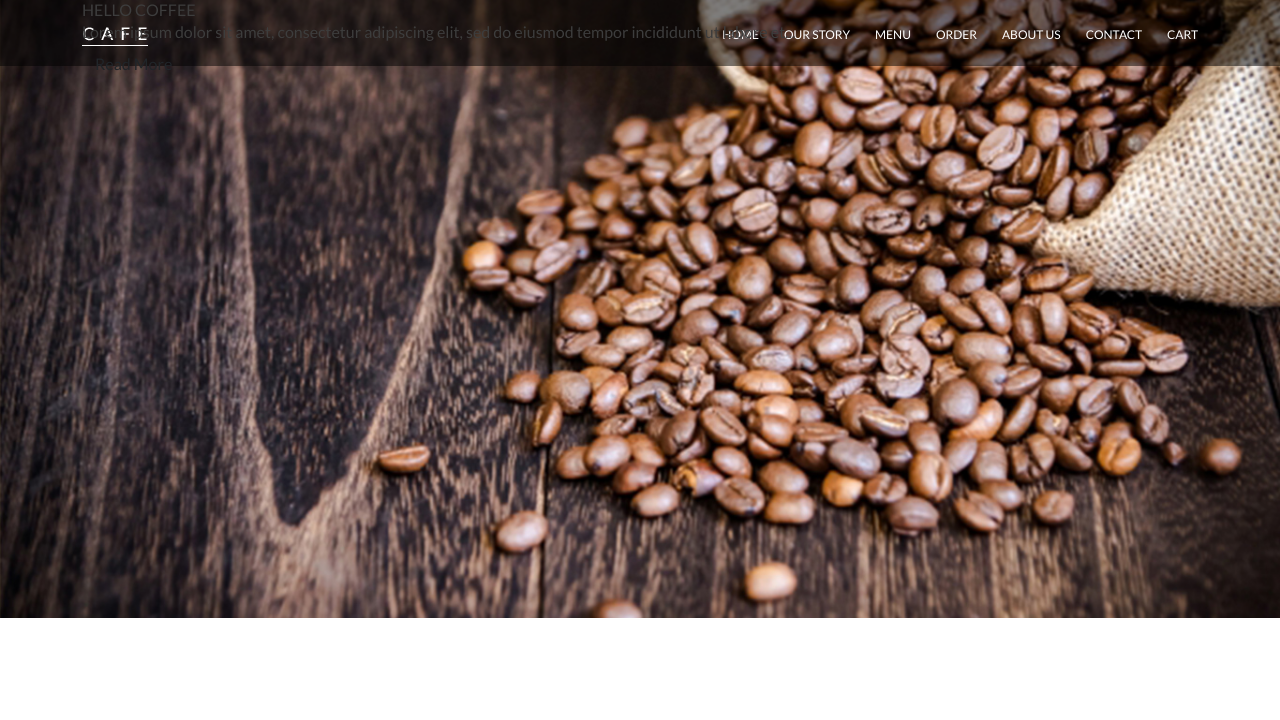
Repository: kuluong2000/coffe
Page: index.html
These files come from the project's save history. The page is drawn as it stood at one moment and after a run of saves; the edit follows.
The browser window is 1280 px wide. The pictures show the whole page.

Above is the page before, as saved 2021-10-01 15:23:26.

### index.html
<!DOCTYPE html>
<html lang="en">
  <head>
    <meta charset="UTF-8" />
    <meta http-equiv="X-UA-Compatible" content="IE=edge" />
    <meta name="viewport" content="width=device-width, initial-scale=1.0" />
    <link rel="stylesheet" href="./libs/css/bootstrap.min.css" />
    <link rel="stylesheet" href="./libs/css/animate.css" />
    <link rel="stylesheet" href="./libs/css/slick-theme.css" />
    <link rel="stylesheet" href="./libs/css/slick.css" />
    <link rel="stylesheet" href="./Assets/css/reset.css" />
    <link rel="stylesheet" href="./Assets/css/style.css" />
    <link rel="stylesheet" href="./Assets/css/responsive.css" />
    <title>Document</title>
  </head>
  <body>
    <header class="header">
      <div class="container">
        <div class="row">
          <div class="header-main">
            <div class="header-menu">
              <a href="#">
                <img src="./Assets/image/logo.png" alt="" srcset="" />
              </a>
            </div>
            <nav>
              <ul class="header-menu">
                <li class="header-menu-item"><a href="#" class="header-menu-link">Home</a></li>
                <li class="header-menu-item"><a href="#" class="header-menu-link">Our Story</a></li>
                <li class="header-menu-item"><a href="#" class="header-menu-link">Menu</a></li>
                <li class="header-menu-item"><a href="#" class="header-menu-link">Order</a></li>
                <li class="header-menu-item"><a href="#" class="header-menu-link">About Us</a></li>
                <li class="header-menu-item"><a href="#" class="header-menu-link">Contact</a></li>
                <li class="header-menu-item"><a href="#" class="header-menu-link">Cart</a></li>
              </ul>
            </nav>
          </div>
        </div>
      </div>
    </header>
    <main>
      <section class="banner">
        <div class="banner-img">
          <img src="./Assets/image/banner.jpg" alt="" srcset="" />
        </div>
        <div class="container">
          <div class="row">
            <div class="banner-main">
              <div class="banner-content">
                <h1 class="banner-heading">HELLO COFFEE</h1>
                <p class="banner-desc">Lorem ipsum dolor sit amet, consectetur adipiscing elit, sed do eiusmod tempor incididunt ut labore et...</p>
                <a href="#" class="btn"> Read More </a>
              </div>
            </div>
          </div>
        </div>
      </section>
    </main>

    <script src="./libs/Js/jquery-3.5.1.slim.min.js"></script>
    <script src="./libs/Js/bootstrap.min.js"></script>
    <script src="./libs/Js/slick.min.js"></script>
    <script src="./libs/Js/wow.js"></script>
  </body>
</html>

### Assets/css/reset.css
html, body, div, span, applet, object, iframe,
h1, h2, h3, h4, h5, h6, p, blockquote, pre,
a, abbr, acronym, address, big, cite, code,
del, dfn, em, img, ins, kbd, q, s, samp,
small, strike, strong, sub, sup, tt, var,
b, u, i, center,
dl, dt, dd, ol, ul, li,
fieldset, form, label, legend,
table, caption, tbody, tfoot, thead, tr, th, td,
article, aside, canvas, details, embed,
figure, figcaption, footer, header, hgroup,
menu, nav, output, ruby, section, summary,
time, mark, audio, video {
	margin: 0;
	padding: 0;
	border: 0;
	font-size: 100%;
	vertical-align: baseline;
}
/* HTML5 display-role reset for older browsers */
article, aside, details, figcaption, figure,
footer, header, hgroup, menu, nav, section {
	display: block;
}
* {
	box-sizing: border-box;
}
body {
	line-height: 1;
  font-family: 'Muli', sans-serif;


  font-style: normal;
  font-weight: normal;
  font-size: 16px;
  line-height: 32px;
}
ol, ul {
	list-style: none;
}
blockquote, q {
	quotes: none;
}
blockquote:before, blockquote:after,
q:before, q:after {
	content: '';
	content: none;
}
table {
	border-collapse: collapse;
	border-spacing: 0;
}

img {
  max-width: 100%;
	vertical-align: bottom;
}
a {
	outline: none;
}

### Assets/css/style.css
@import url('https://fonts.googleapis.com/css2?family=Lato:ital,wght@0,400;0,700;0,900;1,300;1,400;1,700;1,900&display=swap');
body{
    font-family: 'Lato', sans-serif;
    font-size: 16px;
    line-height: 1.6;
    color: #3d3d3d;
    font-weight: 400;
}
.header{
    position: absolute;
    width: 100%;
    background-color: rgba(0,0,0 , 0.5);
    padding: 20px 0 20px;
}
.header-main{
    display:flex;
    justify-content: space-between;
    align-items: center;
}
.header-menu{
    display:flex;
    justify-content: space-between;
    align-items: center;
}
.header-menu-item{
    list-style-type: none;
}
.header-menu-item:not(:first-child){
    margin-left: 25px;
}
.header-menu-link{
    position: relative;
    color: white;
    text-transform: uppercase;
    text-decoration: none;
    font-size: 12px;
    padding-bottom: 7px;

}
.header-menu-link::before{
    content: '';
    position: absolute;
    bottom: 0;
    left:  0;
    height: 2px;
    width: 100%;
    background-color: #c3a281;
    transform: scale(0);
    transition: 0.5s;
    transform-origin: right;
}
.header-menu-link:hover,
.header-menu-link:hover::before{
    color: #c3a281;
    transform: scale(1);
}
.banner{
    position: relative;
    min-height: 660px;
}
.banner-img{
    position: absolute;
    z-index: -1;
    object-fit: cover;
    width: 100%;
}
.banner-img img{
    width: 100%;
    height: 100%;
}

### Assets/css/responsive.css
@media (min-width:1400px){
    .container{
        max-width: 1170px;
    }
}

Loaded but not shown: libs/css/bootstrap.min.css (library); libs/css/animate.css (library); libs/css/slick-theme.css (library); libs/css/slick.css (common file); libs/Js/jquery-3.5.1.slim.min.js (library); libs/Js/bootstrap.min.js (library); libs/Js/slick.min.js (library); libs/Js/wow.js (library)

After the next 3 saves:
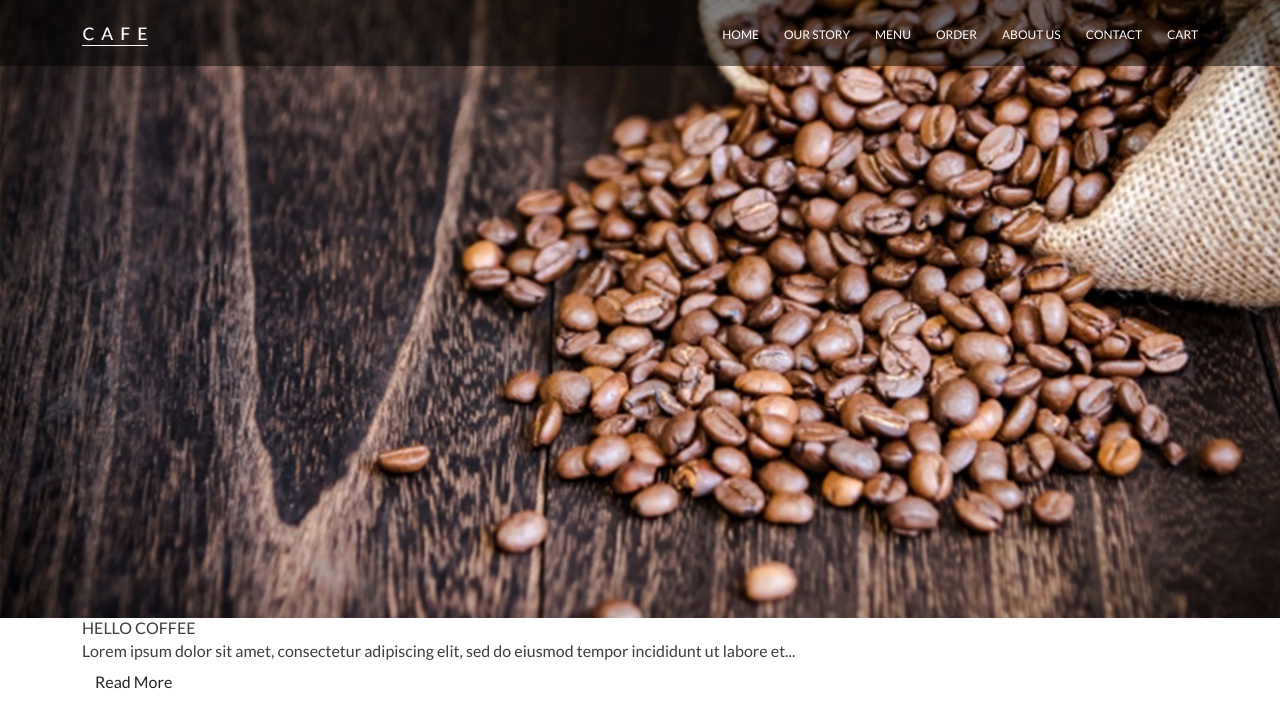
The 3 saves are shown as one change because they came seconds apart.
The last was saved 19 s later.
--- a/Assets/css/style.css
+++ b/Assets/css/style.css
@@ -59,12 +59,11 @@ body{
     min-height: 660px;
 }
 .banner-img{
-    position: absolute;
+    position: relative;
     z-index: -1;
     object-fit: cover;
     width: 100%;
 }
 .banner-img img{
     width: 100%;
-    height: 100%;
 }
